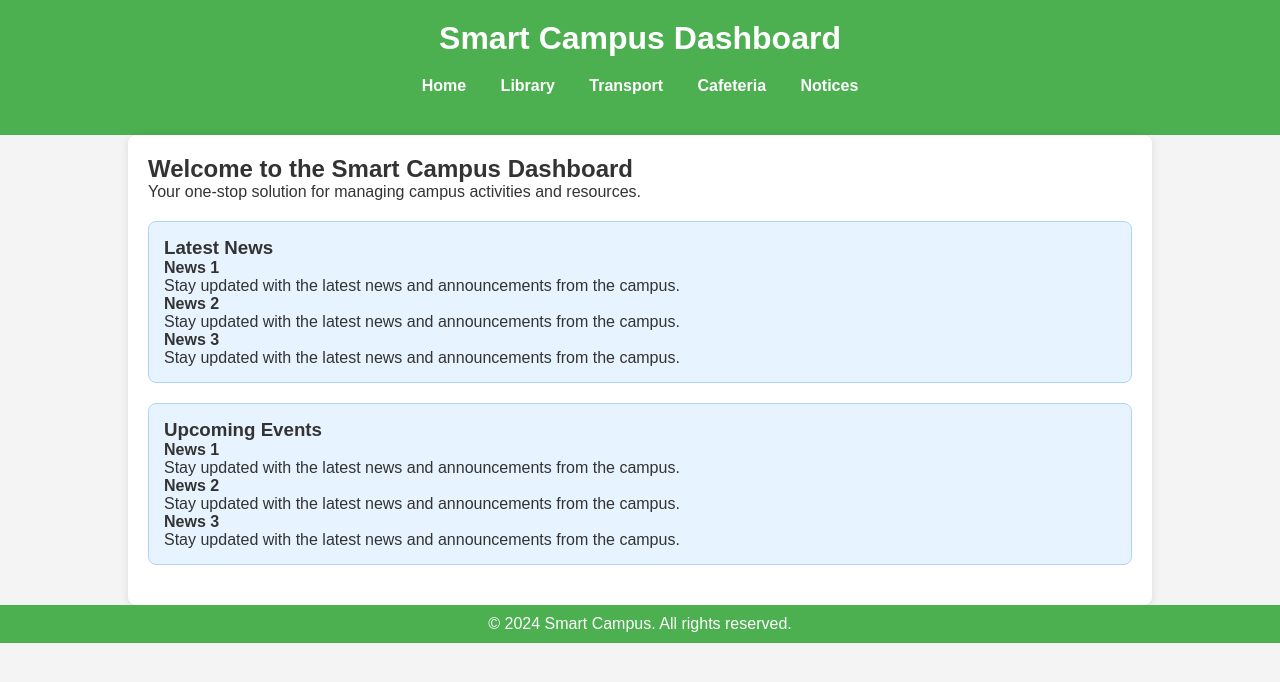
Repository: TejasS1233/MINITHON-hackathon-project
Page: Omar.html
These files come from the project's save history. The page is drawn as it stood at one moment and after the next save; the edit follows.
The browser window is 1280 px wide. The pictures show the whole page.

Above is the page before, as saved 2024-09-20 08:59:53.

After the next save:
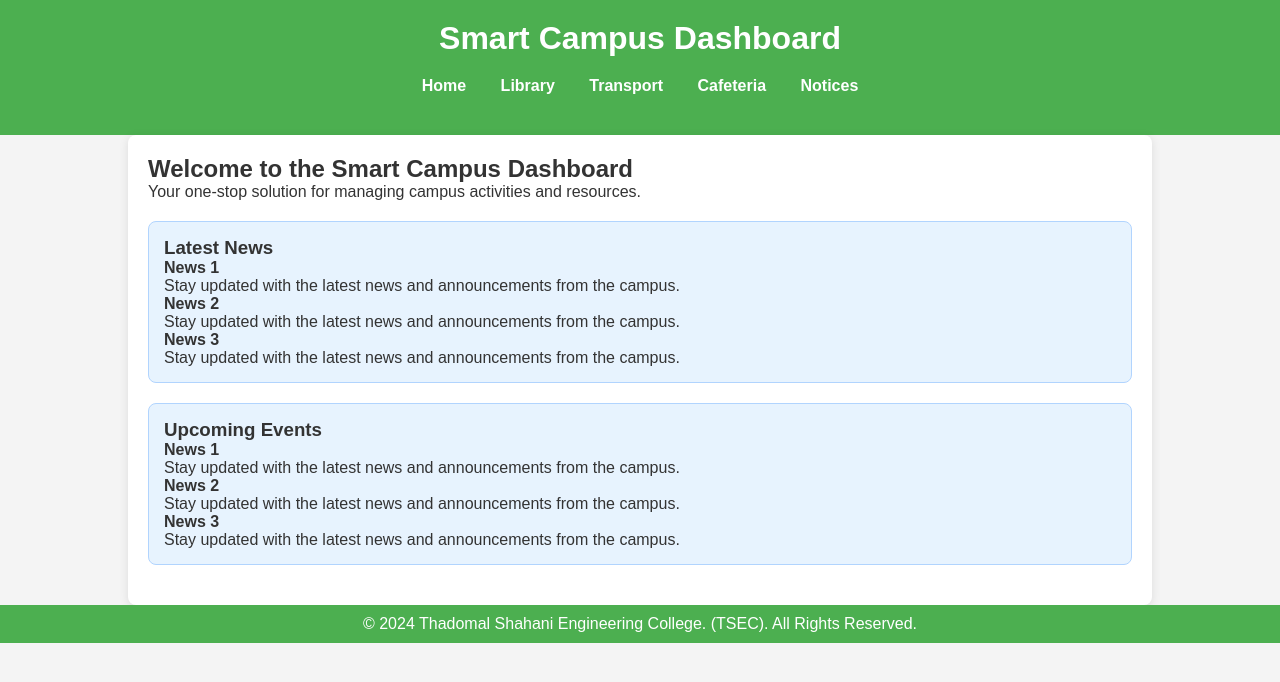
Saved 19 s later.
--- a/Omar.html
+++ b/Omar.html
@@ -3,7 +3,7 @@
 <head>
     <meta charset="UTF-8">
     <meta name="viewport" content="width=device-width, initial-scale=1.0">
-    <title>Smart Campus Dashboard</title>
+    <title>THADOMAL SHAHANI ENGINEERING COLLEGE</title>
     <link rel="stylesheet" href="styles.css">
     <style>
         body {
@@ -94,7 +94,7 @@
 </div>
 
 <footer>
-    <p>&copy; 2024 Smart Campus. All rights reserved.</p>
+    <p>&copy; 2024 Thadomal Shahani Engineering College. (TSEC). All Rights Reserved.</p>
 </footer>
 
 </body>
